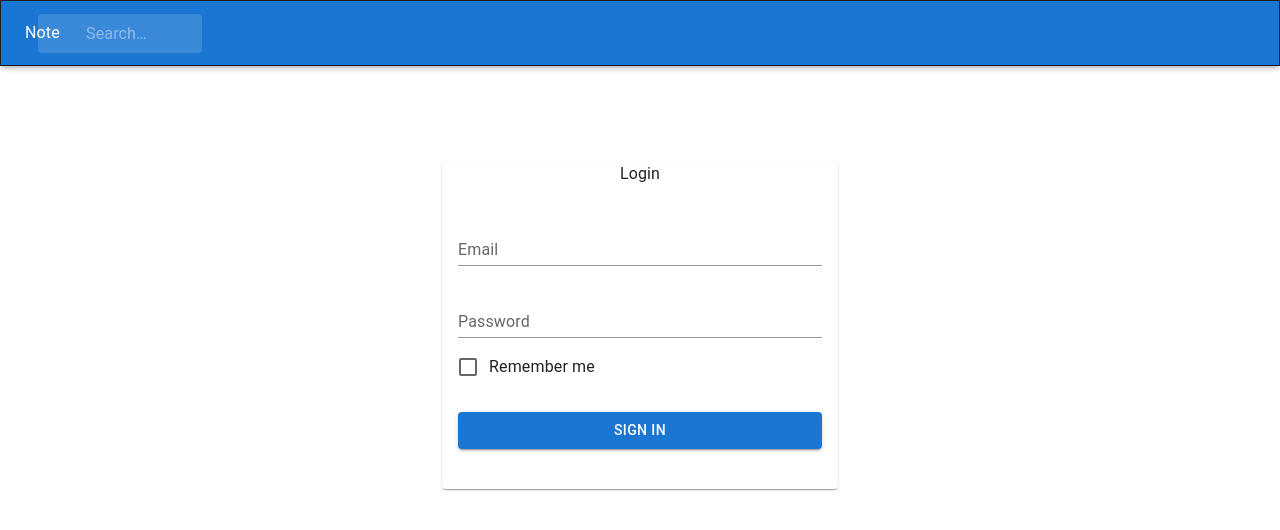
Repository: NGHIAVN1/Note
Page: /
An editor plug-in stored every save of this project. The page is shown before and after the next save, followed by the edit.
The browser window is 1280 px wide. The pictures show the whole page.
The project was rebuilt for these pictures with package versions that can differ from the ones it lists, and the page was loaded fresh each time. Also part of the build but not shown: vite.config.js, src/Register.jsx, src/Pet.jsx, src/useBreedList.jsx, src/SearchParams.jsx.

Above is the page before, as saved 2024-03-20 10:44:02.

After the next save:
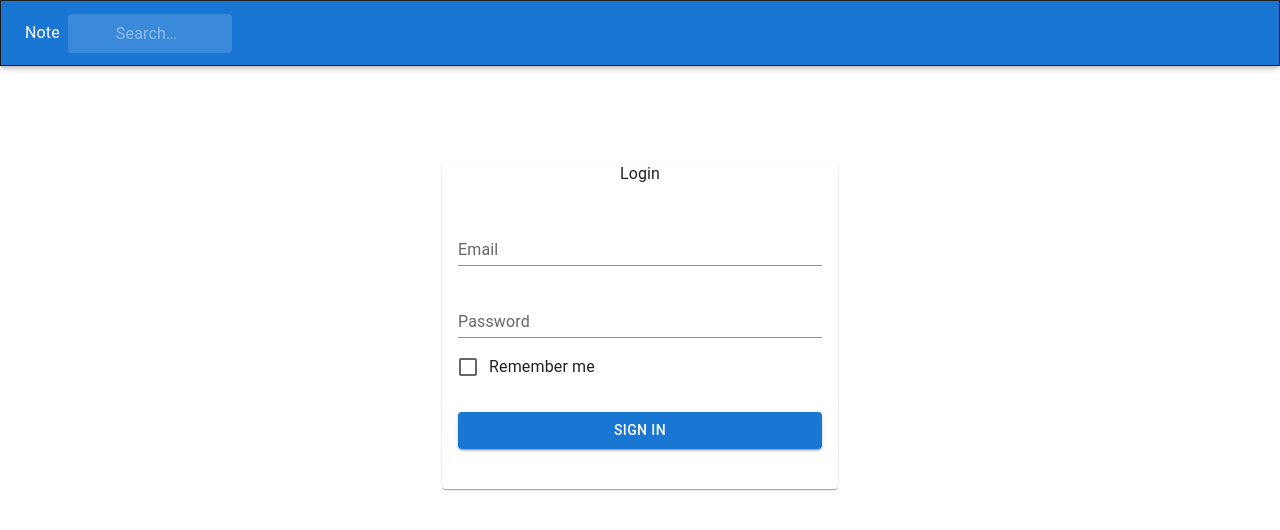
Saved 21 s later.
--- a/src/header.jsx
+++ b/src/header.jsx
@@ -63,12 +63,7 @@ const Header = () => {
           }}
         >
           <Toolbar>
-            <Typography
-              position={"relative"}
-              sx={{
-                width: 5,
-              }}
-            >
+            <Typography position={"relative"} sx={{}}>
               Note
             </Typography>
             <Search>
